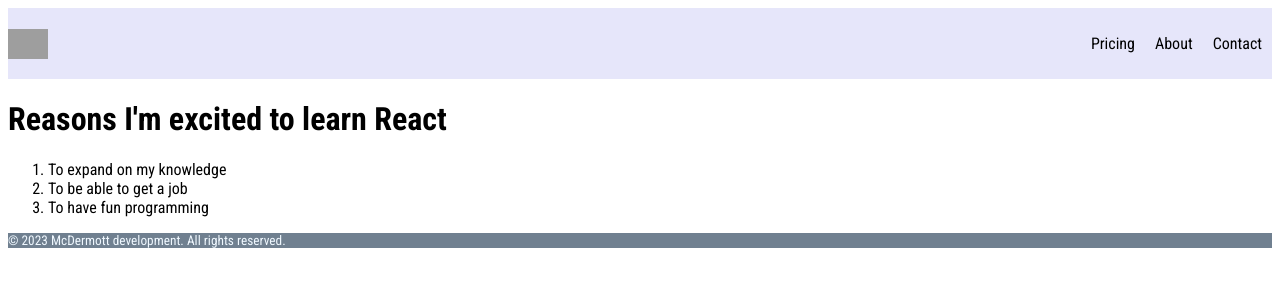
Repository: evemcd/scrimba-react1
Page: index.html
The author's editor kept a copy of each file at every save. The page is drawn from the files as they stood at one save, then again after the next save.
The browser window is 1280 px wide. The pictures show the whole page.
Pictures or frames that could not be fetched are drawn as grey boxes. Some web libraries are served in a nearby version.

Above is the page before, as saved 2023-07-31 13:04:02.

### index.html
<html>

<head>
    <link rel="stylesheet" href="index.css">
    <link rel="preconnect" href="https://fonts.googleapis.com">
    <link rel="preconnect" href="https://fonts.gstatic.com" crossorigin>
    <link
        href="https://fonts.googleapis.com/css2?family=Roboto+Condensed:wght@300;400;700&family=Roboto:ital,wght@0,400;0,700;0,900;1,300&display=swap"
        rel="stylesheet">
    <script crossorigin src="https://unpkg.com/react@17/umd/react.development.js"></script>
    <script crossorigin src="https://unpkg.com/react-dom@17/umd/react-dom.development.js"></script>
    <script src="https://unpkg.com/babel-standalone@6/babel.min.js"></script>
</head>

<body>
    <div id="root"></div>
    <script src="index3.js" type="text/babel"></script>
</body>

</html>

### index.css
body {
    font-family: 'Roboto Condensed', sans-serif;
}

header {
    background-color: lavender;
}

.nav {
    display: flex;
    justify-content: space-between;
    align-items: center;
}

.nav-logo {
    width: 40px;
}

.nav-items {
    list-style: none;
    display: flex;
    justify-content: flex-end;
}

.nav-items>li {
    padding: 10px;
}

.footer {
    background-color: slategrey;
    color: aliceblue;
    padding: 10px, 20px;
}

### index3.js
/**
Challenge:
Part 1: Create a page of your own using a custom Page component
It should return an ordered list with the reasons why you're excited to be learning React :)
Render your list to the page
Part 2:
- Add a `header` element with a nested `nav` element. Inside the `nav`, include a `img` element with the image of the React logo inside
  (src="./react-logo.png") and make sure to set the width to something more manageable so it doesn't take up the whole screen
- Add an `h1` with some text describing the page. (E.g. "Reasons I'm excited to learn React"). Place it above the ordered list.
- Add a `footer` after the list that says: "© 20xx <last name here> development. All rights reserved."
Part 3:
- Add an `ul` inside the Header's `nav` and create the following `li`s: "Pricing", "About", & "Contact"
- Using flexbox, line up the nav items horizontally, and put them inline with the React logo.
- Change the image styling to happen in CSS instead of in-line. For practice, add a new class to the image in order to style it
*/

function Header() {
    return (
        <header>
            <nav className="nav">
                <img src="./react-logo.png" className="nav-logo" />
                <ul className="nav-items">
                    <li>Pricing</li>
                    <li>About</li>
                    <li>Contact</li>
                </ul>
            </nav>
        </header>
    )
}

function Content() {
    return (
        <div>
            <h1>Reasons I'm excited to learn React</h1>
            <ol>
                <li>To expand on my knowledge</li>
                <li>To be able to get a job</li>
                <li>To have fun programming</li>
            </ol>
        </div>
    )
}

function Footer() {
    return (
        <footer className="footer">
            <small>© 2023 McDermott development. All rights reserved.</small>
        </footer>
    )
}

function Page() {
    return (
        <div>
            <Header />
            <Content />
            <Footer />
        </div>
    )
}

ReactDOM.render(
    <div>
        <Page />
    </div>,
    document.getElementById("root")
)

After the next save:
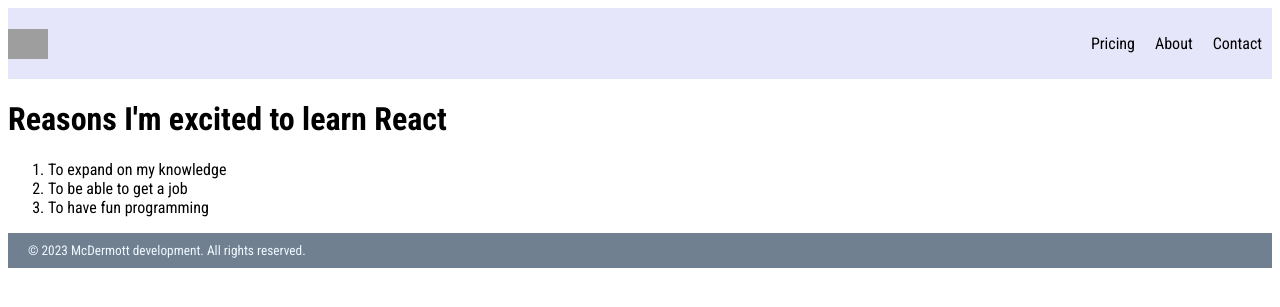
Saved 4 s later.
--- a/index.css
+++ b/index.css
@@ -29,5 +29,5 @@
 .footer {
     background-color: slategrey;
     color: aliceblue;
-    padding: 10px, 20px;
+    padding: 10px 20px;
 }
